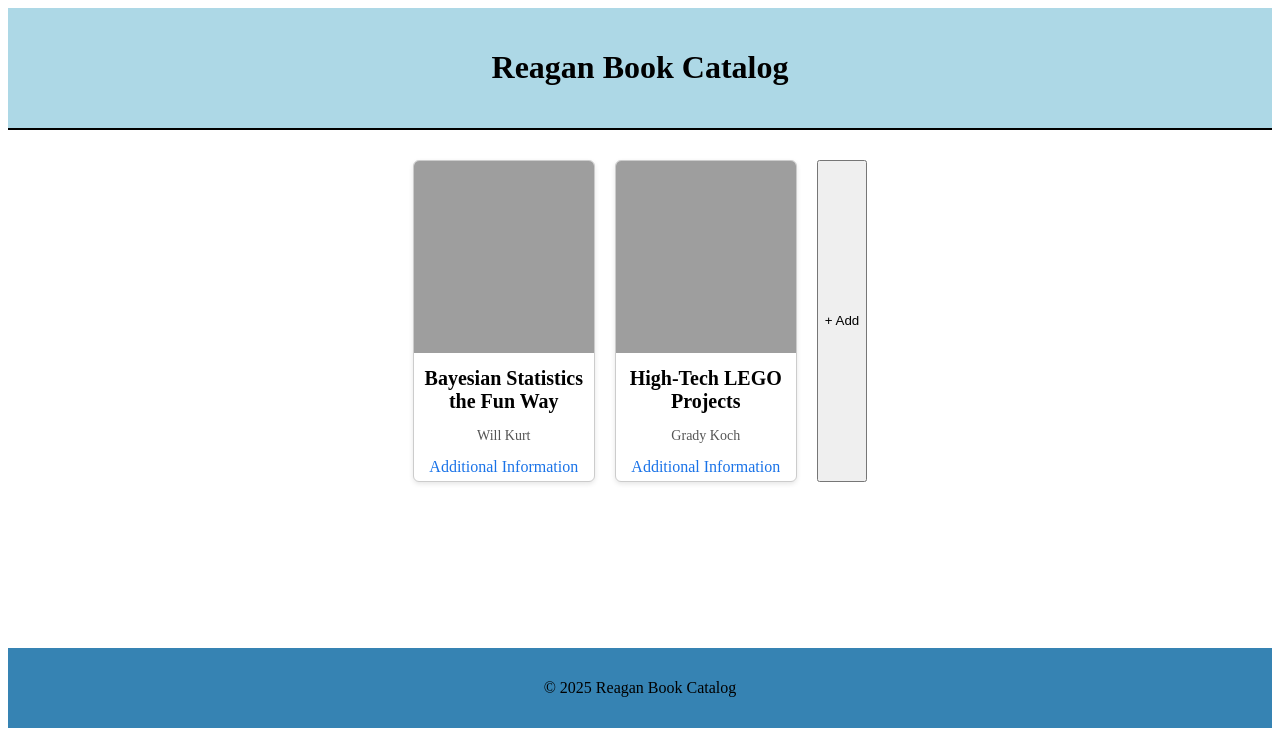
Repository: antyc0817/COMP-3170-Assignment-2-Reagan
Page: /
These files come from the project's save history. The page is drawn as it stood at one moment and after the next save; the edit follows.
The browser window is 1280 px wide. The pictures show the whole page.
Pictures or frames that could not be fetched are drawn as grey boxes. The project was rebuilt for these pictures with package versions that can differ from the ones it lists, and the page was loaded fresh each time. Also part of the build but not shown: vite.config.js, src/index.css.

Above is the page before, as saved 2025-09-10 23:19:49.

After the next save:
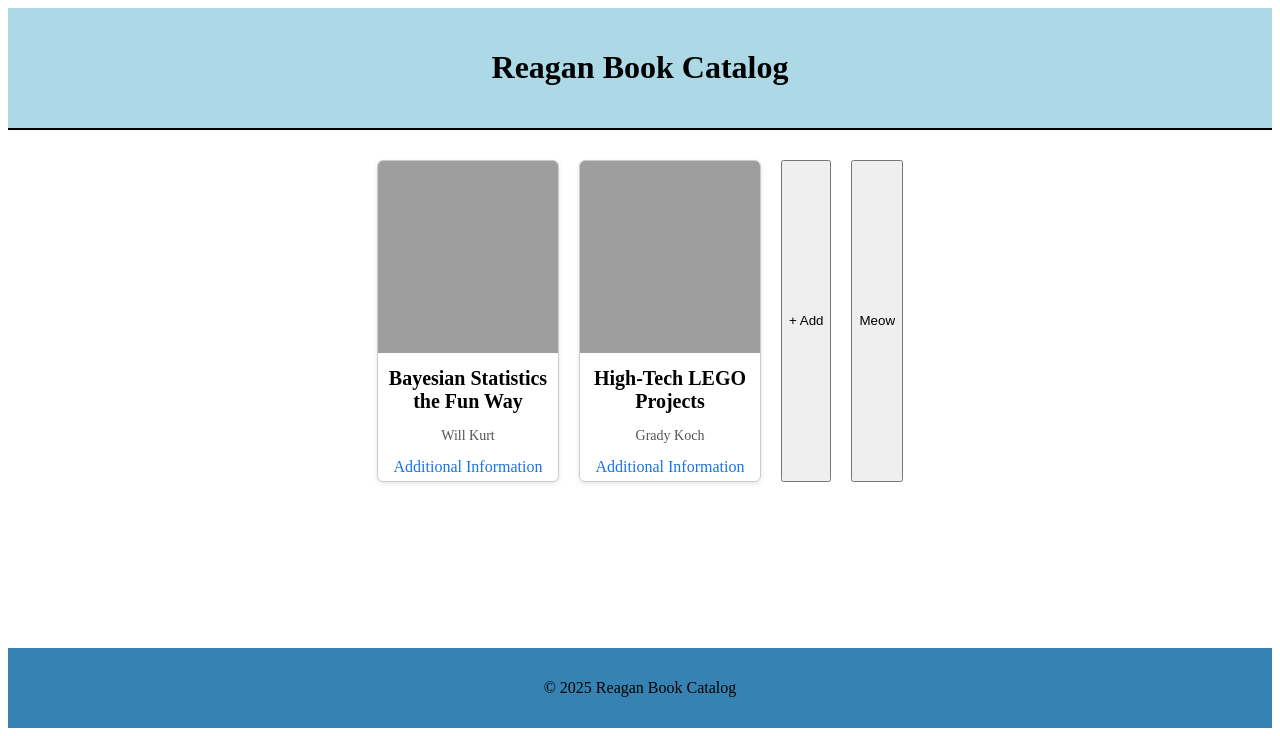
Saved 118 s later.
--- a/src/App.jsx
+++ b/src/App.jsx
@@ -22,6 +22,7 @@
                     link='https://itbook.store/books/9781718500259'
                 />
                 <button className='add-button'>+ Add</button>
+                <button>Meow</button>
             </main>
 
             <footer>

After the save that followed:
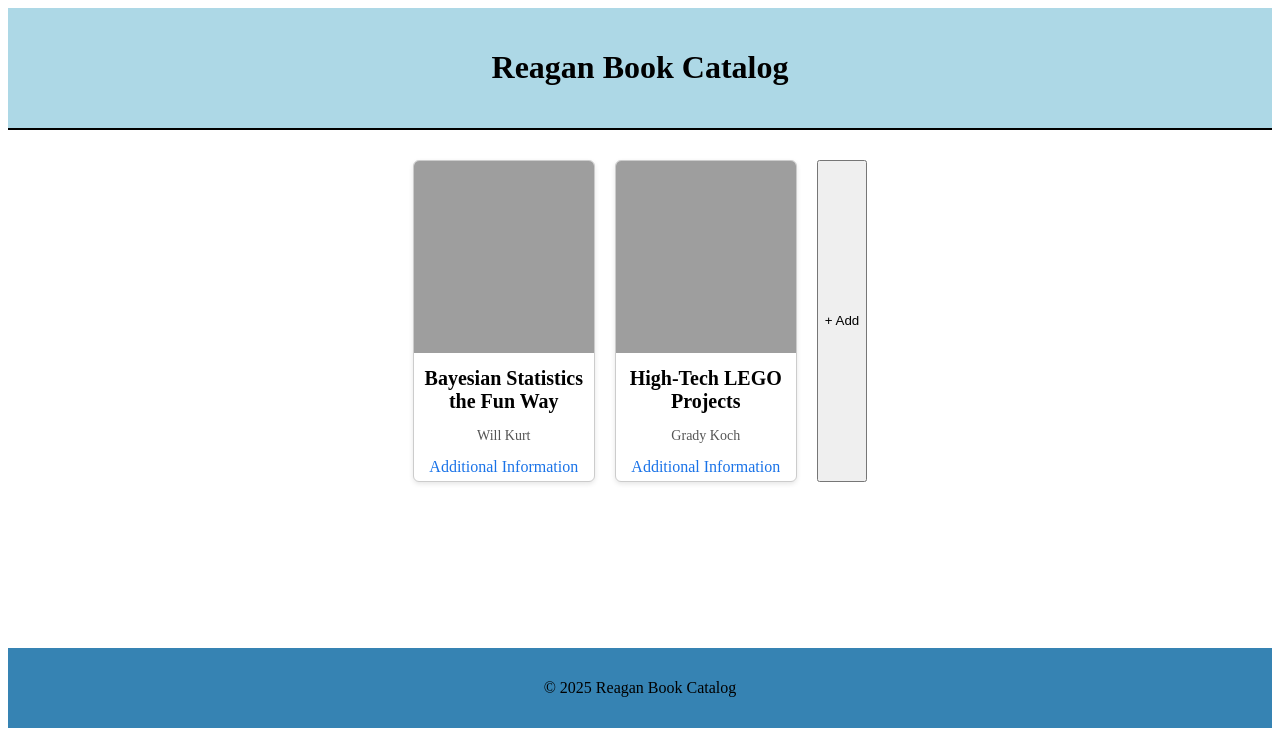
Saved 15 s later.
--- a/src/App.jsx
+++ b/src/App.jsx
@@ -22,7 +22,6 @@
                     link='https://itbook.store/books/9781718500259'
                 />
                 <button className='add-button'>+ Add</button>
-                <button>Meow</button>
             </main>
 
             <footer>
